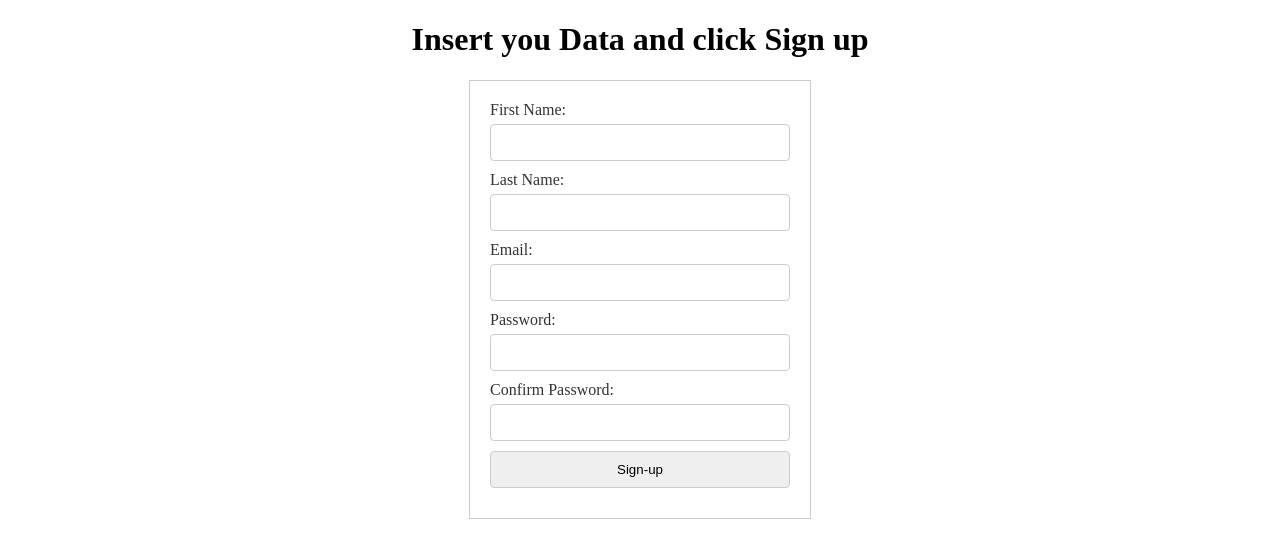
Repository: GiuuGpEEp/TerzoAnnoUni
Page: SAW/Esercizi/Form/Form.html
The author's editor kept a copy of each file at every save. The page is drawn from the files as they stood at one save, then again after the next save.
The browser window is 1280 px wide. The pictures show the whole page.

Above is the page before, as saved 2024-11-18 22:39:52.

### SAW/Esercizi/Form/Form.html
<!DOCTYPE html>
<html lang="en">
    <head>
        <title>Form</title>
        <style>
            h1{
                text-align: center;
            }
            form{
                width: 300px; /* Larghezza del form */
                margin: 0 auto; /* Centra il form nella pagina */
                border: 1px solid #ccc; /* Bordino sottile */
                padding: 20px;
            }
            label {
                display: block;
                margin-bottom: 5px;
                color: #333; /* Blu scuro */
            }

            input[type="text"], input[type="password"], input[type] {
              width: 100%;
              padding: 10px;
              border: 1px solid #ccc;
              border-radius: 4px;
              box-sizing: border-box;
             /* Include padding e border nella larghezza */
              margin-bottom: 10px;
            }

            button[type="submit"] {
              background-color: #4CAF50; /* Verde */
              color: white;
              padding: 10px 20px;
              border: none;
              border-radius: 4px;
              cursor: pointer;
            }

        </style>
    </head>
    <body>
        <h1>Insert you Data and click Sign up</h1>
        <form action="registration.php" method="post">
            <div><label for="firstname">First Name:</label>
            <input type="text" name="firstname" id="firstname"></div>
            <div><label for="lastname">Last Name:</label>
            <input type="text" name="lastname" id="lastname"></div>
            <div><label for="email">Email:</label>
            <input type="email" name="email" id="email"></div>
            <div><label for="pass">Password:</label>
            <input type="password" name="pass" id="pass"></div>
            <div><label for="confirm">Confirm Password:</label>
            <input type="password" name="confirm" id="confirm"></div>
            <input type="submit" name="submit" value="Sign-up">
          </form>
    </body>

</html>

After the next save:
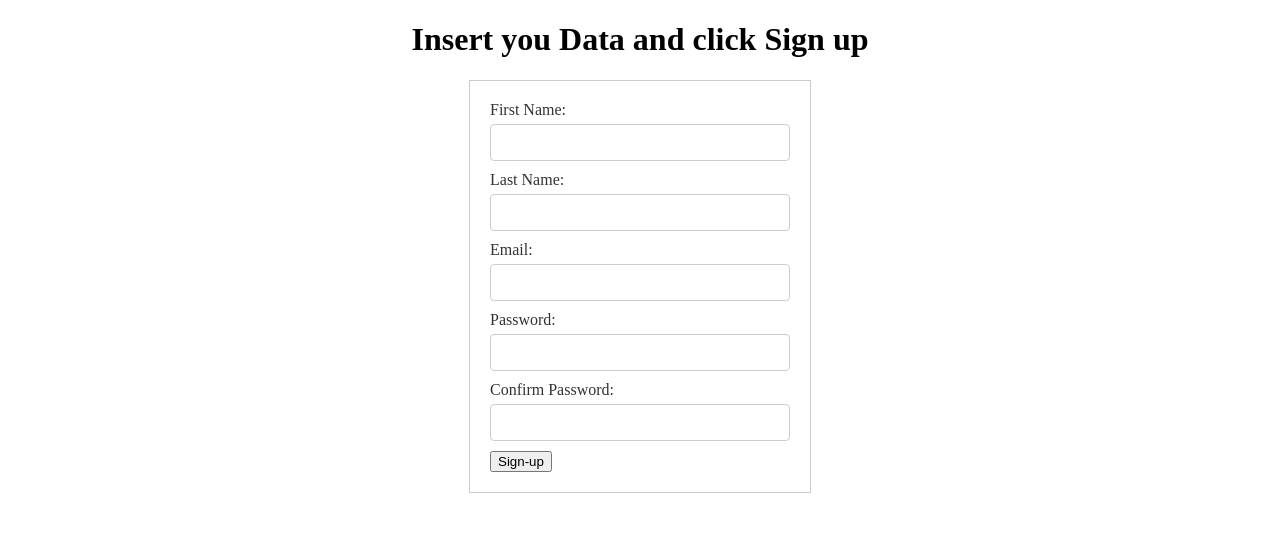
Saved 5 s later.
--- a/SAW/Esercizi/Form/Form.html
+++ b/SAW/Esercizi/Form/Form.html
@@ -18,7 +18,7 @@
                 color: #333; /* Blu scuro */
             }
 
-            input[type="text"], input[type="password"], input[type] {
+            input[type="text"], input[type="password"], input[type="email"] {
               width: 100%;
               padding: 10px;
               border: 1px solid #ccc;
